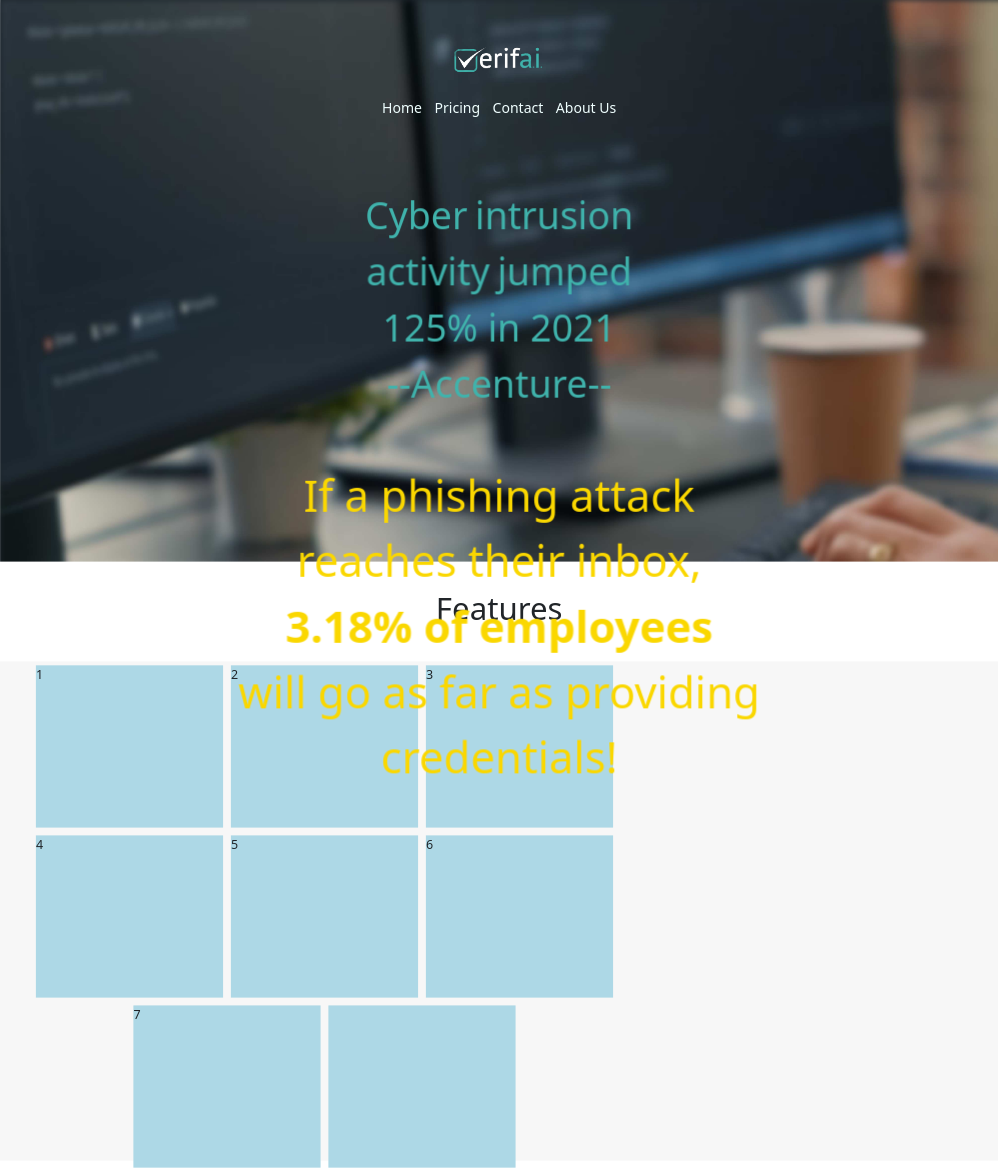
Repository: Ali-VB/verif-website
Page: /
An editor plug-in stored every save of this project. The page is shown before and after the next save, followed by the edit.
The browser window is 1280 px wide. The pictures show the whole page, at 78% of full size.
The project was rebuilt for these pictures with package versions that can differ from the ones it lists, and the page was loaded fresh each time.

Above is the page before, as saved 2022-04-19 10:57:50.

### src/index.css
 body {
  margin: 0;
  padding: 0;
  font-family: -apple-system, BlinkMacSystemFont, 'Segoe UI', 'Roboto', 'Oxygen',
    'Ubuntu', 'Cantarell', 'Fira Sans', 'Droid Sans', 'Helvetica Neue',
    sans-serif;
  -webkit-font-smoothing: antialiased;
  -moz-osx-font-smoothing: grayscale;
}

/* code {
  font-family: source-code-pro, Menlo, Monaco, Consolas, 'Courier New',
    monospace;
}  */

### src/App.js
import React from "react";
import './App.css'
import Navbar from './components/Navbar/Navbar';
import Features from './components/Features/Features'
import Header from './components/Header/Header'


function App() {
  return (
    <div>
      <div className="nav-bg">
        <Navbar />
        <Header />

      </div>
       <Features />
    </div>

  );
}

export default App;

### src/App.css

.nav-bg{
    background-image: url("./Assets/imgs/nav-bg.png");
    height: 100vh;
}

### src/components/Navbar/Navbar.jsx
import React from "react";
import "./Navbar.css";
import verifLogo from "../../Assets/imgs/logo_verif_white.png";
import Header from "../Header/Header";

function Navbar() {
  return (
    <div className="container">
      <div className=" navbar">
        <img className="verif-logo" src={verifLogo} alt="verif-logo" />
        <ul className="navLink">
          <li>Home</li>
          <li>Pricing</li>
          <li>Contact</li>
          <li>About Us</li>
        </ul>
      </div>
    </div>
  );
}

export default Navbar;

### src/components/Features/Features.jsx
import React from "react";
import "./Features.css";
const Features = () => {
  return (
    <div>
      <div className="features-title-section">
        <h1 className="features-title">Features</h1>
      </div>
      <div className="features-section">
        <div className="feature-table">
          <div>1</div>
          <div>2</div>
          <div>3</div>
          <div>4</div>
          <div>5</div>
          <div>6</div>
          <div>7</div>
          <div></div>
        </div>
      </div>
    </div>
  );
};

export default Features;

### src/components/Header/Header.jsx
import React from "react";
import "./Header.css";

export default function Header() {
  return (
    <div className="header-animated">
      <div className="text-first">
        <span className="text-first-span">Cyber</span>
        <span className="text-first-span">intrusion</span>
        <span className="text-first-span">activity</span>
        <span className="text-first-span">jumped</span>
        <span className="text-first-span">125% in 2021</span>
        <span className="text-first-span">--Accenture--</span>
      </div>
      <div className="text-second">
        <span className="text-second-span">If a phishing attack reaches their inbox,</span>
        <span className="text-second-span">3.18% of employees</span>
        <span className="text-second-span">
          will go as far as providing credentials!
        </span>
      </div>
    </div>
  );
}

### src/components/Navbar/Navbar.css

.navbar{
    display: flex;
    flex-direction: column;
    justify-content: center;
    height:10rem;
}
.verif-logo{
    width: 8rem;
    margin-top: 3rem;
}
.verif-logo:hover{
    cursor: pointer;
}
.navLink{
    margin: 0;
    padding:0;
    list-style-type: none;
    display: flex;
    color: azure;
    font-size: 18px;
    gap: 1rem;

}
.navLink:hover{
    cursor: pointer;
}

### src/components/Features/Features.css
.features-title-section{
    height: 8rem;
    display: flex;
    justify-content: center;
    align-items: center;
}
.features-title{

}
.features-section{
    height: 40rem;
    background-color: #f7f7f7;
}
.feature-table{
    display: flex;
    flex-wrap: wrap;
    justify-content: center;
    align-items: center;
    align-content: center;
    width: 65%;
    /* height: 80vh; */
    overflow: auto;
    flex-direction: row;
}
.feature-table div{
    width: 15rem;
    height: 13rem;
    margin: 5px;
    background-color: lightblue;
    border: 1 solid red;
}

### src/components/Header/Header.css
.header-animated{
    overflow-wrap:break-word;
    margin:0 auto;
    padding: 3rem 5rem;
}

.text-first {
    padding: 2rem 2rem;
    color: #40B3AC;
    font-size:3rem;
    width: 40%;
    margin: 0 auto;
    text-align: center;
    transform: scale(0.94);
    animation: scale 2s forwards cubic-bezier(0.5, 1, 0.89, 1);
  }
.text-second {
    padding: 2rem 2rem;
    color: #FAD700;
    font-size:3.5rem;
    width: 70%;
    margin: 0 auto;
    text-align: center;
    transform: scale(0.94);
    animation: scale 3s forwards cubic-bezier(0.5, 1, 0.89, 1);
  }
  @keyframes scale {
    100% {
      transform: scale(1);
    }
  }

  .text-first-span {
    display: inline-block;
    opacity: 0;
    filter: blur(4px);
  }

  .text-first-span:nth-child(1) {
    animation: fade-in 1s 0.1s forwards cubic-bezier(0.11, 0, 0.5, 0);
    margin: 0 0.3rem;
  }

  .text-first-span:nth-child(2) {
    animation: fade-in 1s 0.3s forwards cubic-bezier(0.11, 0, 0.5, 0);
    margin: 0 0.3rem;
  }

  .text-first-span:nth-child(3) {
    animation: fade-in 1s 0.5s forwards cubic-bezier(0.11, 0, 0.5, 0);
    margin: 0 0.3rem;
  }

  .text-first-span:nth-child(4) {
    animation: fade-in 1s 0.7s forwards cubic-bezier(0.11, 0, 0.5, 0);
    margin: 0 0.3rem;
  }

  .text-first-span:nth-child(5) {
    animation: fade-in 1s 0.9s forwards cubic-bezier(0.11, 0, 0.5, 0);
    margin: 0 0.3rem;
  }
  .text-first-span:nth-child(6) {
    animation: fade-in 1s 0.9s forwards cubic-bezier(0.11, 0, 0.5, 0);
    margin: 0 0.3rem;
  }

  .text-second-span {
    display: inline-block;
    opacity: 0;
    filter: blur(4px);
  }

  .text-second-span:nth-child(1) {
    animation: fade-in 1.2s 2.2s forwards cubic-bezier(0.11, 0, 0.5, 0);
    margin: 0 0.3rem;
  }

  .text-second-span:nth-child(2) {
    animation: fade-in 1.8s 2.6s forwards cubic-bezier(0.11, 0, 0.5, 0);
    margin: 0 0.3rem;
    font-weight: bolder;
  }

  .text-second-span:nth-child(3) {
    animation: fade-in 1.2s 3.6s forwards cubic-bezier(0.11, 0, 0.5, 0);
    margin: 0 0.3rem;
  }


  @keyframes fade-in {
    100% {
      opacity: 1;
      filter: blur(0);
    }
  }

  @media only screen and (max-width: 992px) {
    .text-first {
        margin-top: 3rem;
        margin-bottom: 2rem;
        padding: 0.1rem 0.1rem;
        width: 90%;
        font-size:3.5rem;


      }
      .text-second {
        padding: 0.1rem 0.1rem;
        width: 90%;
        font-size:4rem;

      }
  }

  @media only screen and (max-width: 768px) {
    .text-first {
        margin-top: 4.5rem;
        margin-bottom: 3rem;
        padding: 0.1rem 0.1rem;
        width: 90%;
        font-size:1.5rem;


      }
    .text-second {
        padding: 0.1rem 0.1rem;
        width: 90%;
        font-size:2.1rem;

      }
  }

Loaded but not shown: public/index.html (common file); src/index.js (common file); src/reportWebVitals.js (common file)

After the next save:
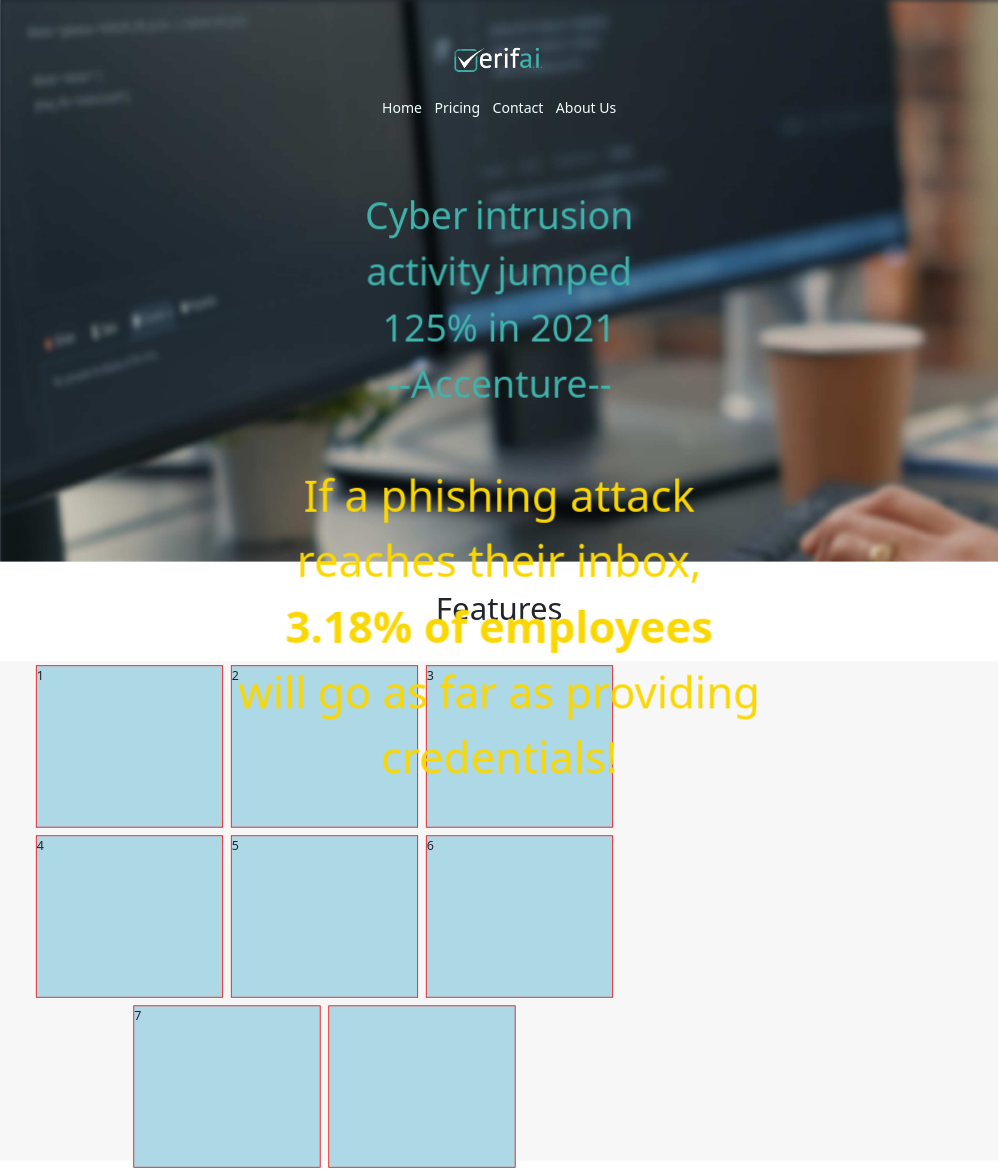
Saved 8 s later.
--- a/src/components/Features/Features.css
+++ b/src/components/Features/Features.css
@@ -27,5 +27,5 @@
     height: 13rem;
     margin: 5px;
     background-color: lightblue;
-    border: 1 solid red;
+    border: 1px solid red;
 }

After the save that followed:
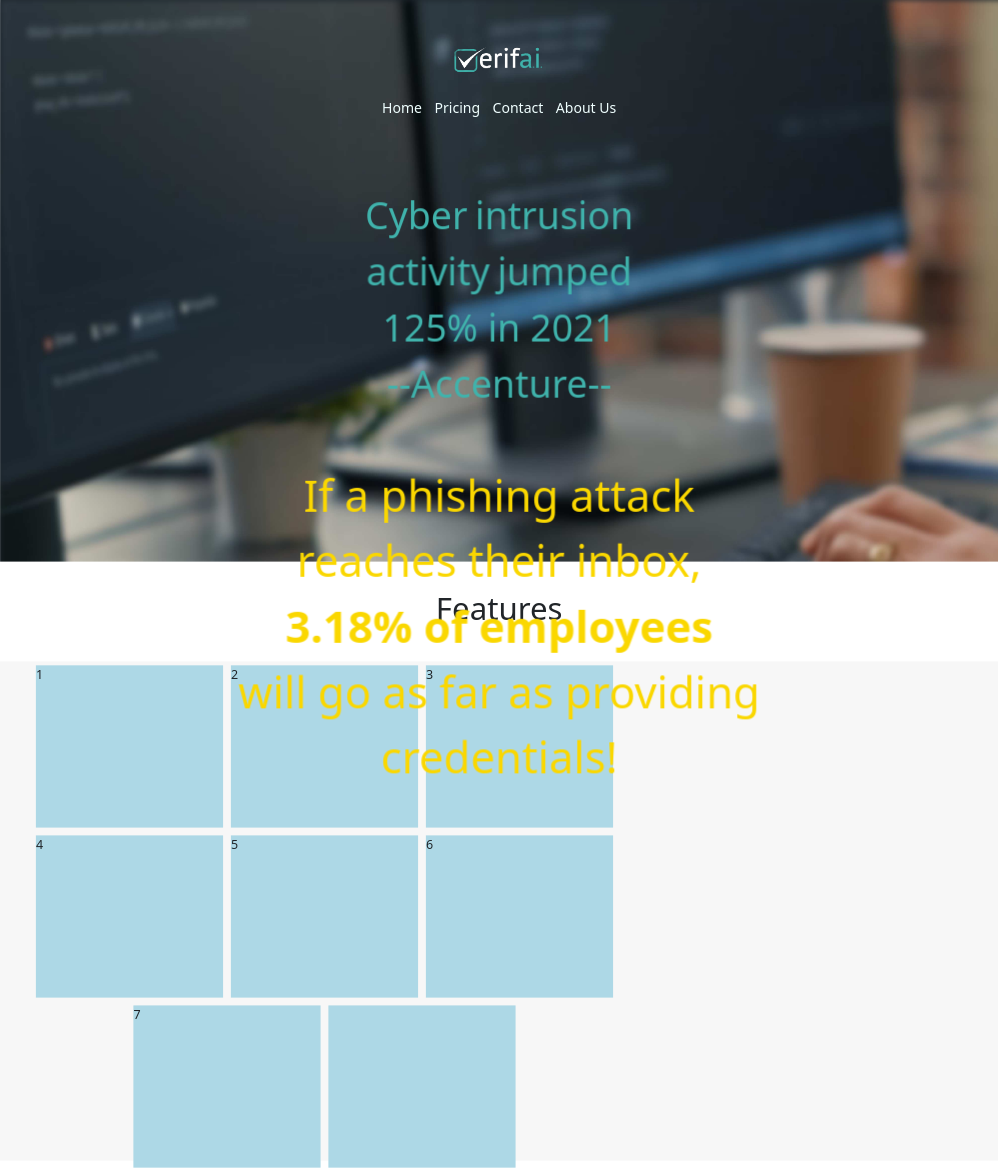
Saved 20 s later.
--- a/src/components/Features/Features.css
+++ b/src/components/Features/Features.css
@@ -27,5 +27,5 @@
     height: 13rem;
     margin: 5px;
     background-color: lightblue;
-    border: 1px solid red;
+    /* border: 1px solid red; */
 }
